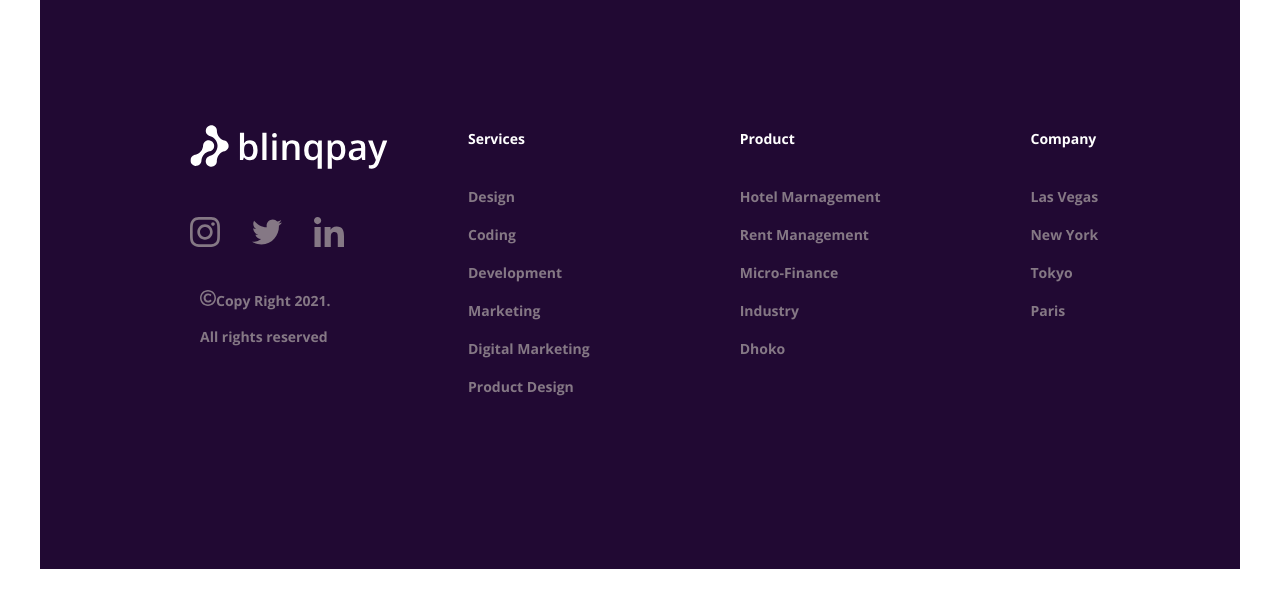
Repository: jabbarbergenoov/mobile-bling-py
Page: idnex.html
The author's editor kept a copy of each file at every save. The page is drawn from the files as they stood at one save, then again after the next save.
The browser window is 1280 px wide. The pictures show the whole page.

Above is the page before, as saved 2025-04-17 19:10:29.

### idnex.html
<!DOCTYPE html>
<html lang="en">
<head>
    <meta charset="UTF-8">
    <meta name="viewport" content="width=device-width, initial-scale=1.0">
    <title>Document</title>
    <link rel="stylesheet" href="./style/styl.css">
</head>
<body>
    <header class="arslan">

    </header>
    <main>
        <section class="chingiz"></section>
        <section class="ulugbek"></section>
        <section class="bekzad"></section>
        <section class="maftuna"></section>
        <section class="aydos"></section>
    </main>
    <footer class="behruz">
        <div class="container">
            <div class="footer">
                <div class="boxa">
                  <img src="./images/Logo.svg" alt="" class="iimg">
                  <div class="df">
                  <img src="./images/insta.svg" alt="" class="insta">
                  <img src="./images/twiter.svg" alt="" class="twiter">
                  <img src="./images/in.svg" alt="" class="in">
                  </div>
                  <div class="gh">

                  <p class="ssd"><img src="./images/c.svg" alt="" class="iimg2">Copy Right 2021. <br><br>All rights reserved</p>
                  </div>
                </div>
                <div class="boxes">
                <div class="boxb">
                  <h2 class="word">Services</h2>
                  <p class="texts">Design</p>
                  <p class="texts">Coding</p>
                  <p class="texts">Development</p>
                  <p class="texts">Marketing</p>
                  <p class="texts">Digital Marketing</p>
                  <p class="texts">Product Design</p>
                </div>
                <div class="boxb">
                  <h2 class="word">Product</h2>
                  <p class="texts">Hotel Marnagement</p>
                  <p class="texts">Rent Management</p>
                  <p class="texts">Micro-Finance</p>
                  <p class="texts">Industry</p>
                  <p class="texts">Dhoko</p>
                </div>
                <div class="boxb">
                  <h2 class="word">Company</h2>
                  <p class="texts">Las Vegas</p>
                  <p class="texts">New York</p>
                  <p class="texts">Tokyo</p>
                  <p class="texts">Paris</p>
                </div>
                </div>
              </div>
            </div>
    </footer>
</body>
</html>

### style/styl.css
@import url(https://fonts.googleapis.com/css?family=Open+Sans:300,regular,500,600,700,800,300italic,italic,500italic,600italic,700italic,800italic);
* {
    margin: 0;
    padding: 0;
    box-sizing: border-box;
}
.container {
    padding: 0 15;
    width: 1200px;
    margin: 0 auto;
}
.footer {
    height: 689px;
    background: rgb(33, 9, 51);
    position: relative;
    bottom: 120px;
    display: flex;
    gap: 80px;
  }
  .iimg {
    padding-top: 242px;
    padding-left: 150px;
  }
  .df {
    display: flex;
    gap: 32px;
    padding-left: 150px;
    padding-top: 42px;
  }
  .gh {
    display: flex;
    gap: 2px;
    padding-left: 160px;
    padding-top: 43px;
  }

  .ssd {
    color: rgb(133, 120, 133);
    font-size: 14px;
    font-weight: 700;
    line-height: 128.6%;
    letter-spacing: 4%;
    font-family: Open Sans;
  }
  .word {
    color: rgb(255, 255, 255);
    font-size: 14px;
    font-weight: 700;
    line-height: 128.6%;
    letter-spacing: 4%;
    text-align: left;
    padding-bottom: 20px;
    font-family: Open Sans;

  }
  .texts {
    color: rgb(133, 120, 133);
    font-family: Open Sans;
    font-size: 14px;
    font-weight: 700;
    line-height: 128.6%;
    padding-top: 20px;
  }
  .boxb{
    padding-top: 250px;
  }
  .boxes{
    display: flex;
    gap: 150px;

  }

After the next save:
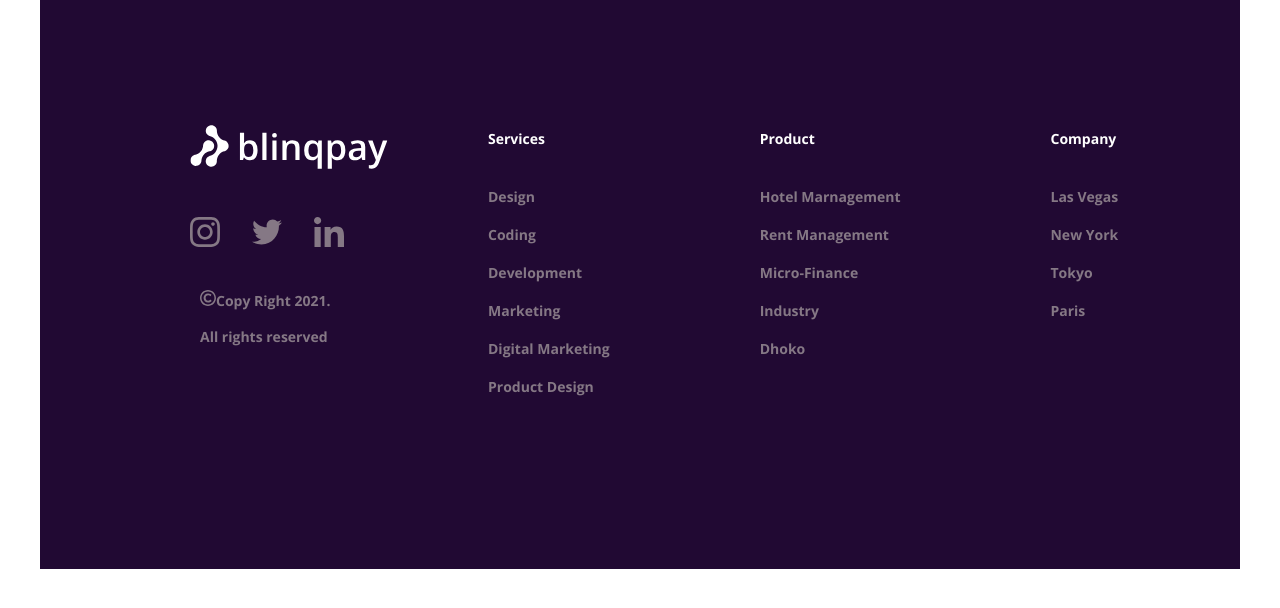
Saved 9 s later.
--- a/style/styl.css
+++ b/style/styl.css
@@ -15,7 +15,7 @@
     position: relative;
     bottom: 120px;
     display: flex;
-    gap: 80px;
+    gap: 100px;
   }
   .iimg {
     padding-top: 242px;
